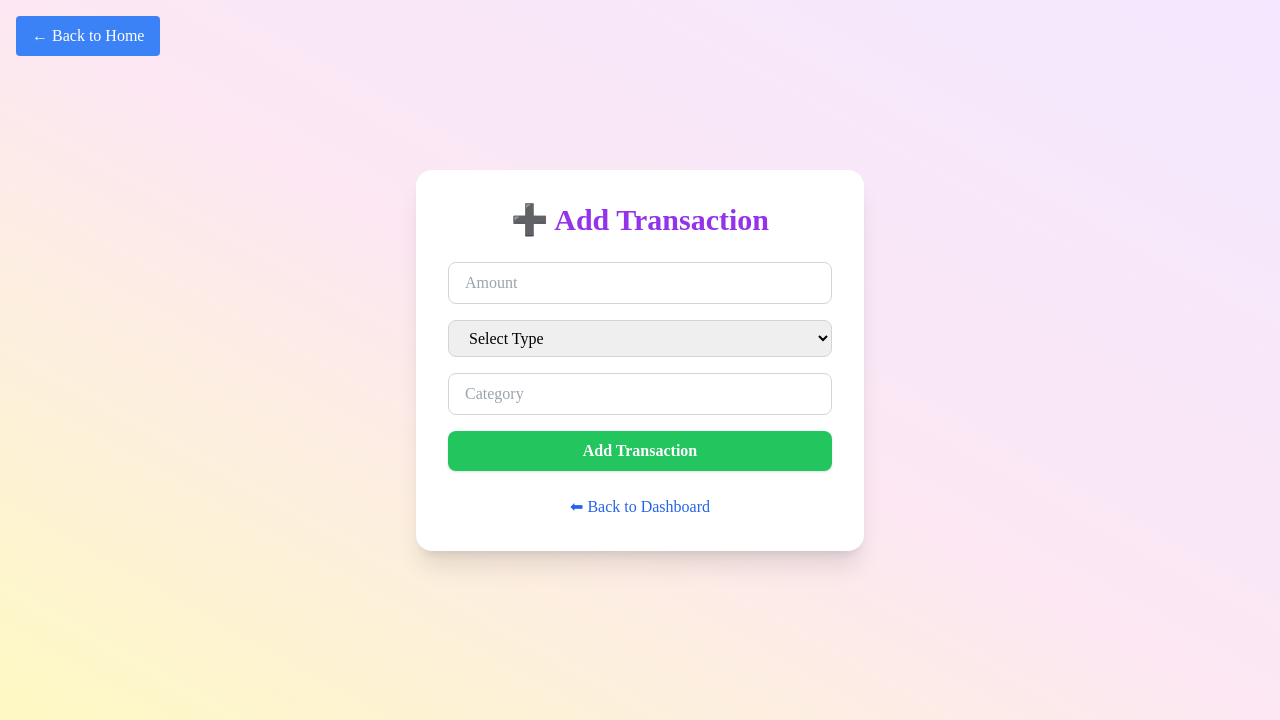
Repository: student-samratojha/ExpenseTrackerApp
Page: http://localhost/add
An editor plug-in stored every save of this project. The page is shown before and after a run of saves, followed by the edit.
The browser window is 1280 px wide. The pictures show the whole page.
Some web libraries are served in a nearby version. The page is served by the project's Node server (app.js). Other server files are loaded and not shown.

Above is the page before, as saved 2025-10-15 19:42:17.

### views/add.ejs
<!DOCTYPE html>
<html lang="en">
<head>
  <meta charset="UTF-8" />
  <meta name="viewport" content="width=device-width, initial-scale=1.0" />
  <title>Add Transaction</title>
  <script src="https://cdn.tailwindcss.com"></script>
</head>
<body class="bg-gradient-to-tr font-[Play] from-yellow-100 via-pink-100 to-purple-100 min-h-screen flex items-center justify-center px-4">
<a href="/" class="inline-block absolute top-4 left-4 px-4 py-2 bg-blue-500 text-white rounded hover:bg-blue-600 transition">
  ← Back to Home
</a>
  <div class="bg-white shadow-xl rounded-2xl p-8 max-w-md w-full text-center">
    <h2 class="text-3xl font-bold text-purple-600 mb-6">➕ Add Transaction</h2>

    <form action="/add" method="POST" class="space-y-4">

      <input type="number" name="amount" placeholder="Amount" required
        class="w-full px-4 py-2 border border-gray-300 rounded-lg focus:outline-none focus:ring-2 focus:ring-pink-400" />

      <select name="type" required
        class="w-full px-4 py-2 border border-gray-300 rounded-lg focus:outline-none focus:ring-2 focus:ring-pink-400">
        <option value="">Select Type</option>
        <option value="income">Income</option>
        <option value="expense">Expense</option>
      </select>

      <input type="text" name="category" placeholder="Category" required
        class="w-full px-4 py-2 border border-gray-300 rounded-lg focus:outline-none focus:ring-2 focus:ring-pink-400" />

      <button type="submit"
        class="w-full bg-green-500 text-white font-semibold py-2 px-4 rounded-lg shadow hover:bg-green-600 transition">
        Add Transaction
      </button>
    </form>

    <a href="/dashboard"
      class="inline-block mt-6 text-blue-600 hover:underline hover:text-blue-800 transition">
      ⬅ Back to Dashboard
    </a>
  </div>

</body>
</html>

### app.js
const express = require("express");
const app = express();
const mongoose = require("mongoose");
const path = require("path");
const cookieParser = require("cookie-parser");
require("dotenv").config();
const LoginRoute = require("./Routes/LoginRoute");
const RegisterRoute = require("./Routes/RegisterRoute");
const DashRoute = require("./Routes/DashRoute");
const AddRoute = require("./Routes/AddRoute");
const DownloadRoute = require("./Routes/DownloadRoute");

app.use(express.json());
app.use(express.urlencoded({ extended: true }));
app.use(cookieParser());
app.use(express.static(path.join(__dirname, "public")));
app.set("view engine", "ejs");

mongoose
  .connect(process.env.MONGODB_URL)
  .then(() => {
    console.log("MongoDB connected");
  })
  .catch((err) => {
    console.log("error", err);
  });

app.use(LoginRoute);
app.use(RegisterRoute);
app.use(DashRoute);
app.use(AddRoute);
app.use(DownloadRoute);
app.listen(3000, () => {
  console.log("app is running on http://localhost:3000");
});

### Routes/AddRoute.js
const express = require("express");
const router = express.Router();
const transactionModel = require("../models/transactionModel");
const { isLoggedIn } = require("../middleware/authMiddliware");
router.get("/add", (req, res) => {
  res.render("add");
});

router.post("/delete/:id", isLoggedIn, async (req, res) => {
  try {
    await transactionModel.deleteOne({
      _id: req.params.id,
      email: req.user.email,
    });
    res.redirect("/dashboard");
  } catch (error) {
    console.log("Delete error:", error);
    res.send("❌ Failed to delete transaction or somthing went wrong");
  }
});

router.post("/add", isLoggedIn, async (req, res) => {
  const { amount, type, category } = req.body;
  try {
    const transactionCreated = await transactionModel.create({
      amount,
      type,
      category,
      email: req.user.email,
    });
    res.redirect("/dashboard");
  } catch (error) {
    console.log("transaction error", error);
    res.send("Failed to Add transaction or somthing went wrong");
  }
});

module.exports = router;

After the next 2 saves:
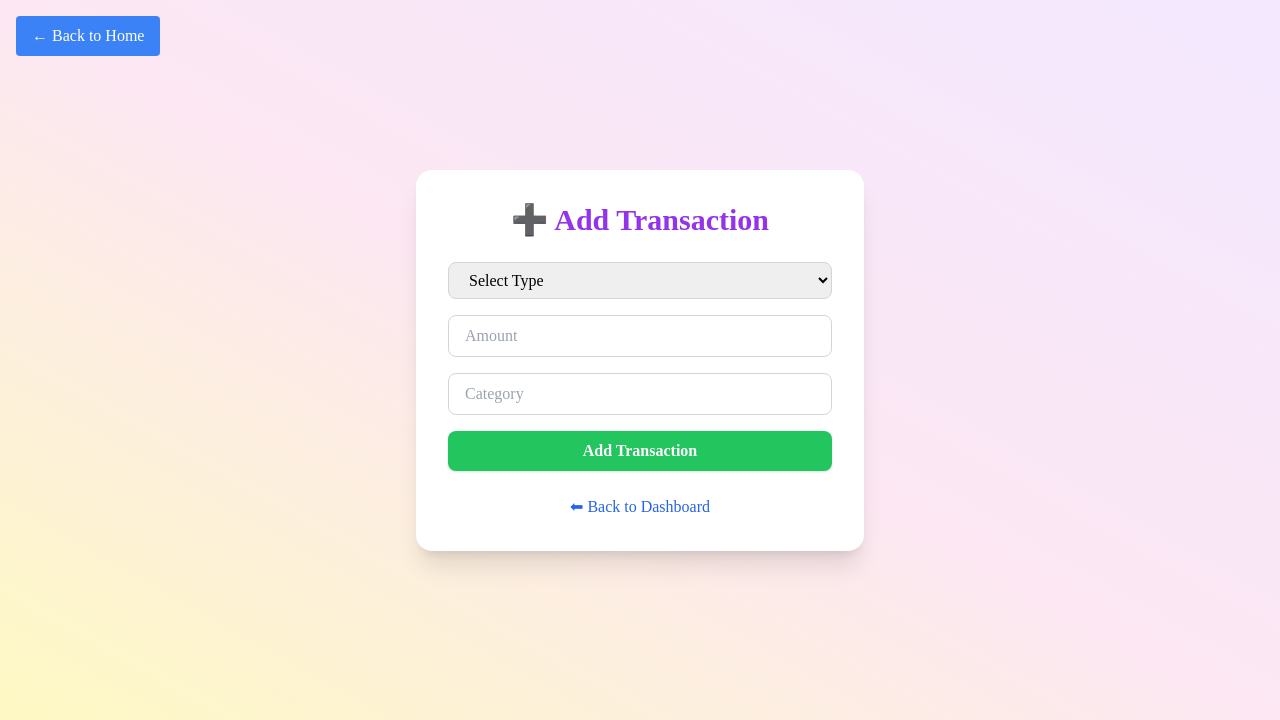
The 2 saves are shown as one change because they came seconds apart.
The last was saved 5 min 22 s later.
--- a/views/add.ejs
+++ b/views/add.ejs
@@ -14,16 +14,16 @@
     <h2 class="text-3xl font-bold text-purple-600 mb-6">➕ Add Transaction</h2>
 
     <form action="/add" method="POST" class="space-y-4">
-
-      <input type="number" name="amount" placeholder="Amount" required
-        class="w-full px-4 py-2 border border-gray-300 rounded-lg focus:outline-none focus:ring-2 focus:ring-pink-400" />
-
-      <select name="type" required
+<select name="type" required
         class="w-full px-4 py-2 border border-gray-300 rounded-lg focus:outline-none focus:ring-2 focus:ring-pink-400">
         <option value="">Select Type</option>
         <option value="income">Income</option>
         <option value="expense">Expense</option>
       </select>
+      <input type="number" name="amount" placeholder="Amount" required
+        class="w-full px-4 py-2 border border-gray-300 rounded-lg focus:outline-none focus:ring-2 focus:ring-pink-400" />
+
+
 
       <input type="text" name="category" placeholder="Category" required
         class="w-full px-4 py-2 border border-gray-300 rounded-lg focus:outline-none focus:ring-2 focus:ring-pink-400" />
